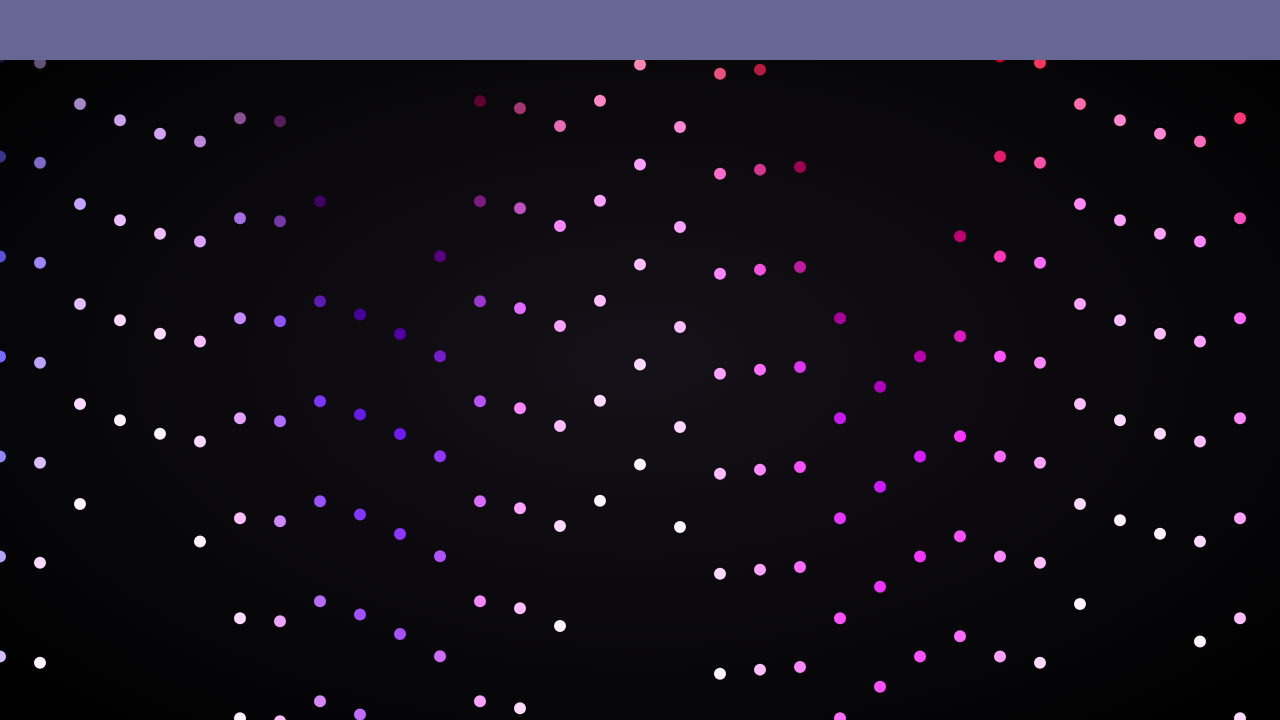
Repository: Iban-del/ProjetBacIban
Page: index.html
The author's editor kept a copy of each file at every save. The page is drawn from the files as they stood at one save, then again after a run of saves.
The browser window is 1280 px wide. The pictures show the whole page.

Above is the page before, as saved 2025-02-19 20:01:43.

After the next 2 saves:
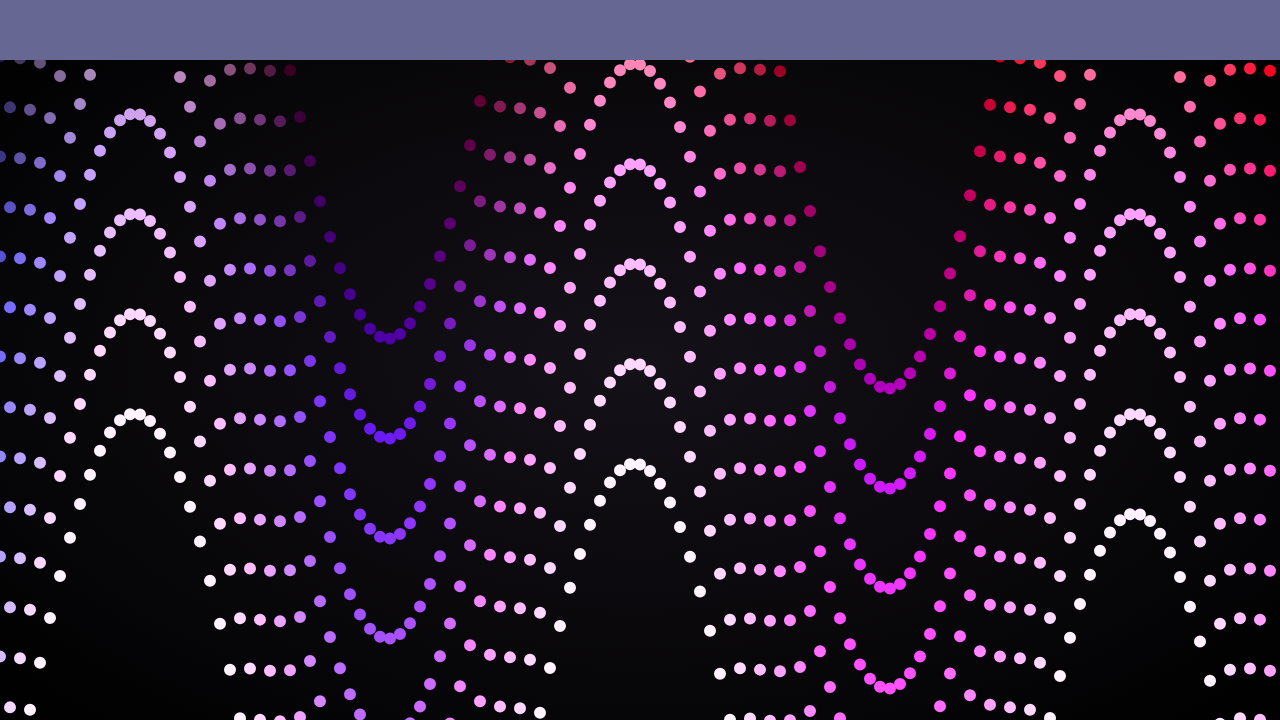
The 2 saves are shown as one change because they came seconds apart.
The last was saved 12 s later.
--- a/js/background.js
+++ b/js/background.js
@@ -70,7 +70,7 @@ function drawVague(ctx,canvas,A,steep){
         let color =0;
         for(let t = -100;t < window.innerHeight+100;t+= 100){
             ctx.beginPath();
-            for(let i = 0 ;i < window.innerWidth;i+=40){
+            for(let i = 0 ;i < window.innerWidth;i+=10){
                 let x = i
                 let y = vague(x,A)+(t)+(x*0.1);
                 ctx.lineTo(x,y)
